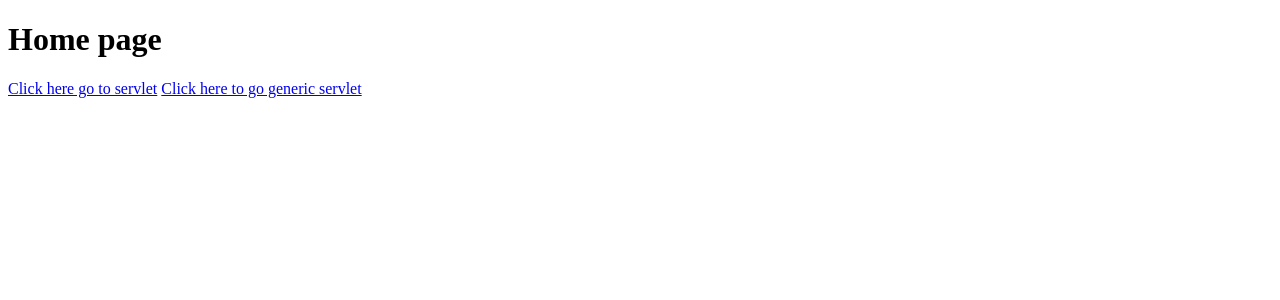
Repository: kunwaraman/Servlets-Jsp-Tuto
Page: CreateServletUsingInterface/src/main/webapp/index.html
These files come from the project's save history. The page is drawn as it stood at one moment and after the next save; the edit follows.
The browser window is 1280 px wide. The pictures show the whole page.

Above is the page before, as saved 2024-10-24 16:13:16.

After the next save:
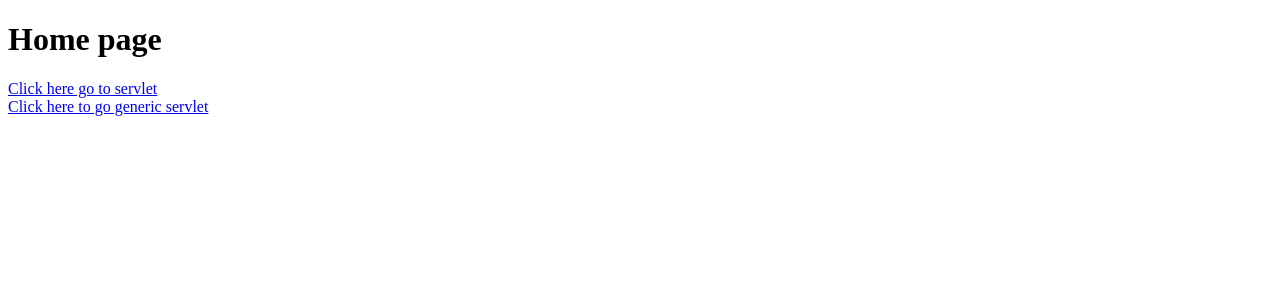
Saved 2 min 1 s later.
--- a/CreateServletUsingInterface/src/main/webapp/index.html
+++ b/CreateServletUsingInterface/src/main/webapp/index.html
@@ -7,7 +7,8 @@
 </head>
 <body>
 	<h1>Home page</h1>
-	<a href="app">Click here go to servlet</a>
+	<a href="app">Click here go to servlet</a> <br>
+
 	<a href="app2">Click here to go generic servlet</a>
 </body>
 </html>
